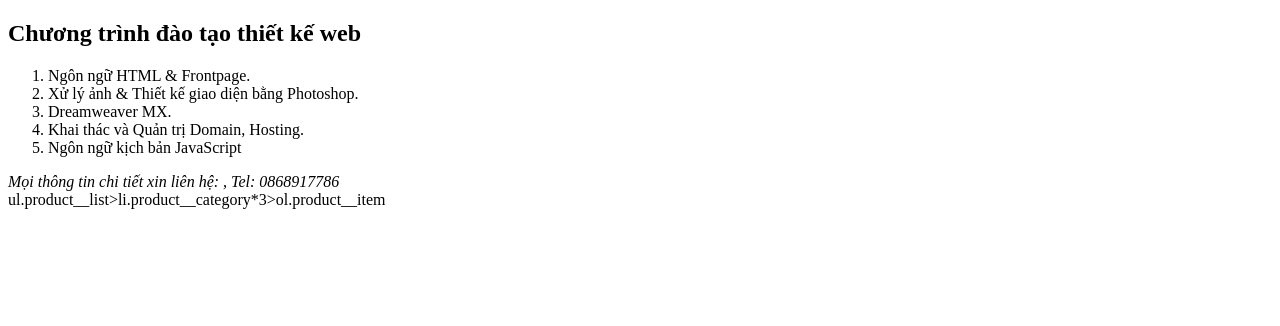
Repository: tuiladev/TKW
Page: ListTag/index.html
These files come from the project's save history. The page is drawn as it stood at one moment and after the next save; the edit follows.
The browser window is 1280 px wide. The pictures show the whole page.

Above is the page before, as saved 2022-03-15 22:46:07.

After the next save:
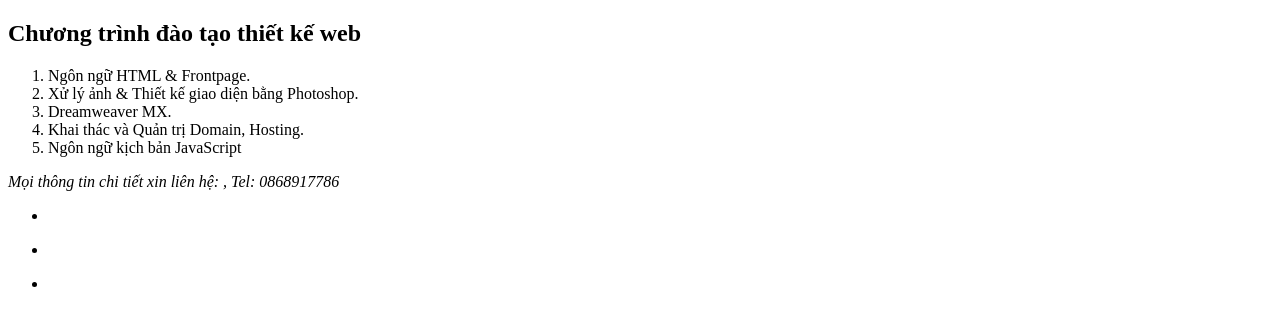
Saved 6 s later.
--- a/ListTag/index.html
+++ b/ListTag/index.html
@@ -29,7 +29,17 @@
           >
         </section>
         <section class="product">
-          ul.product__list>li.product__category*3>ol.product__item
+          <ul class="product__list">
+            <li class="product__category">
+              <ol class="product__item"></ol>
+            </li>
+            <li class="product__category">
+              <ol class="product__item"></ol>
+            </li>
+            <li class="product__category">
+              <ol class="product__item"></ol>
+            </li>
+          </ul>
         </section>
       </main>
     </div>

After the 3 saves that followed:
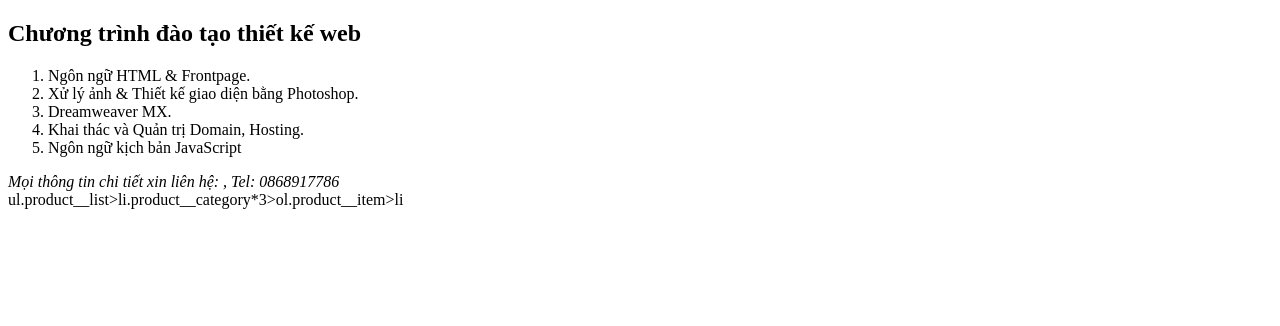
The 3 saves are shown as one change because they came seconds apart.
The last was saved 11 s later.
--- a/ListTag/index.html
+++ b/ListTag/index.html
@@ -29,17 +29,7 @@
           >
         </section>
         <section class="product">
-          <ul class="product__list">
-            <li class="product__category">
-              <ol class="product__item"></ol>
-            </li>
-            <li class="product__category">
-              <ol class="product__item"></ol>
-            </li>
-            <li class="product__category">
-              <ol class="product__item"></ol>
-            </li>
-          </ul>
+          ul.product__list>li.product__category*3>ol.product__item>li
         </section>
       </main>
     </div>
